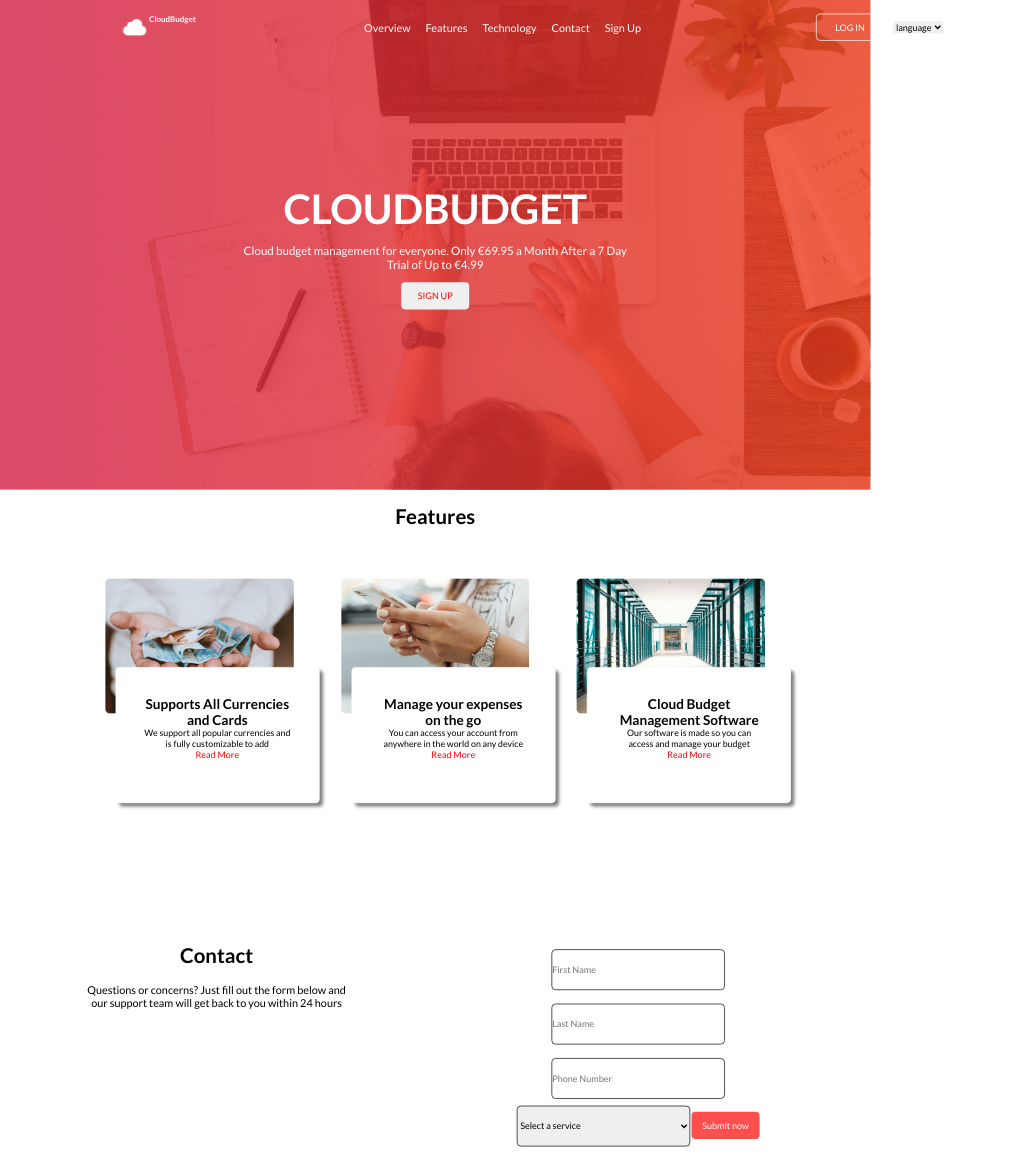
Repository: havvanurrana/website3
Page: index.html
An editor plug-in stored every save of this project. The page is shown before and after the next save, followed by the edit.
The browser window is 1280 px wide. The page is 1490 px wide, so the pictures cover 1490 px, including what lies to the right of the window. The pictures show the whole page, at 68% of full size.

Above is the page before, as saved 2024-08-01 20:25:52.

### index.html
<!DOCTYPE html>
<html lang="tr">
  <head>
    <meta charset="UTF-8" />
    <meta name="viewport" content="width=device-width, initial-scale=1.0" />
    <title>CloudBudget</title>
    <link rel="stylesheet" href="style.css" />
    <link
      rel="stylesheet"
      href="https://cdnjs.cloudflare.com/ajax/libs/font-awesome/6.5.2/css/all.min.css"
      integrity="sha512-SnH5WK+bZxgPHs44uWIX+LLJAJ9/2PkPKZ5QiAj6Ta86w+fsb2TkcmfRyVX3pBnMFcV7oQPJkl9QevSCWr3W6A=="
      crossorigin="anonymous"
      referrerpolicy="no-referrer"
    />
    <link
      href="https://fonts.googleapis.com/css2?family=Lato:wght@400;700&display=swap"
      rel="stylesheet"
    />
  </head>
  <body>
    <section class="overview-section">
        <div class="linear-gradient"></div>
        <div class="content">
            <h3>CLOUDBUDGET</h3>
            <p>
                Cloud budget management for everyone. Only €69.95 a Month After a 7
                Day Trial of Up to €4.99
            </p>
            <button>SIGN UP</button>
        </div>
    </section>
    <header class="header-menu">
        <div class="markaamblem">
            <img src="assets/cloud.png" />
            <h3>CloudBudget</h3>
        </div>
        <nav class="navbar">
            <a href="#" class="navbarsect">Overview</a>
            <a href="#" class="navbarsect">Features</a>
            <a href="#" class="navbarsect">Technology</a>
            <a href="#" class="navbarsect">Contact</a>
            <a href="#" class="navbarsect">Sign Up</a>
        </nav>
        <div class="buttons">
            <button>LOG IN</button>
            <button>
                <select id="language" name="language">
                    <option value="">language</option>
                    <option value="uk">UK</option>
                    <option value="turk">Turkish</option>
                    <option value="sp">Spanish</option>
                    <option value="fr">French</option>
                </select>
            </button>
                <div class="toggle-menu">
                    <button>
                        <i class="fas fa-bars"></i>
                    </button>
                </div>
        </div>
    </header>

    <!--features kısmı -->
    <div class="featureshead">
        <h1>Features</h1>
    </div>
    <div class="features">
        <div class="featuressection">
            <div class="img">
                <img src="../assets/money.png" />
            </div>
            <div class="featurescard">
                <div>
                    <h1>Supports All Currencies and Cards</h1>
                </div>
                <div>
                    <p>
                        We support all popular currencies and is fully customizable to add
                    </p>
                </div>
                <button>Read More</button>
            </div>
      </div>
      <div class="featuressection">
          <div>
                <div class="img">
                    <img src="../assets/hand.png" />
                </div>
                <div class="featurescard">
                    <h1>Manage your expenses on the go</h1>
                        <p>
                          You can access your account from anywhere in the world on any
                          device
                        </p>
                    <button>Read More</button>
                </div>
            </div>
      </div>
          <div class="featuressection">
              <div>
                    <div class="img">
                        <img src="../assets/building.png" />
                    </div>
                    <div class="featurescard">
                          <h1>Cloud Budget Management Software</h1>
                          <p>Our software is made so you can access and manage your budget</p>
                          <button>Read More</button>
                    </div>
              </div>
          </div>
    </div>
    <!--contact kısmı-->
    <section >
        <div class="contact">
        <div class="contact-text">
            <h1>Contact</h1>
            <br><br>
            <p>
              Questions or concerns? Just fill out the form below and our support
              team will get back to you within 24 hours
            </p>
        </div>
        <div class="input">
            <input
            type="text"
            id="username"
            name="username"
            placeholder="First Name"
            />
            <input
            type="text"
            id="username"
            name="username"
            placeholder="Last Name"
            />
            <input
            type="text"
            id="username"
            name="username"
            placeholder="Phone Number"
            />
            <select id="service" name="service">
            <option value="">Select a service</option>
            <option value="service1">Service 1</option>
            <option value="service2">Service 2</option>
            <option value="service3">Service 3</option>
            <option value="service4">Service 4</option>
            </select>
            <button>Submit now</button>
        </div>
    </div>
    </section>
    <script>
    </script>
  </body>
</html>

### style.css
/* genel*/
*{
   margin:0;
   padding: 0;
   box-sizing: border-box;
   outline: none;
   border: none;
   text-decoration: none;
   font-family: Lato;
}

html {
    font-size: 62.5%;
    overflow-x: hidden;
    scroll-behavior: smooth;
    scroll-padding-top: 9rem ;
 }
h1{
   font-size: 30px;
}
 /* header menu ve  amblem ve ilk ekran cssleri*/

.markaamblem{
   display: flex;
   justify-content: flex-start;
   color: white;
}

.header-menu{
   width: 1400px;
   display: flex;
   justify-content: space-between;
   align-items: center ;
   padding: 0 7%;
   margin: 2rem 7%;
   z-index: 3;
   top: 0;
   position:absolute;
}
.header-menu .markaamblem img{
   height: 4rem;
}
.header-menu .navbar a{
   margin: 0 1rem;
   font-size: 1.6rem;
   color: white;
   z-index: 2;
}
  .header-menu button{
   border: 1px , solid, rgb(255, 255, 255);
   border-radius: 6px;
   color:rgb(255, 255, 255);
   width: 100px;
   height: 40px;
   gap: 0px;
   background-color: transparent;
}
 .header-menu .buttons{
   padding-left: 10px;
   left: 1000px;
   display: flex;
   justify-content: flex-end;
 /* position: absolute;*/
}
.overview-section{
   min-height: 100vh;
   display: flex;
   text-align: center;
   align-items: center;
   justify-content: center;
   background:  url(../assets/image1.png)
   no-repeat;
   background-size: cover;
  /* margin-top: -9.5rem;*/
}

.overview-section .content {
   max-width: 60rem;
   margin: 0.5rem;
   z-index: 2;
}
.overview-section .content h3{
   font-size: 6rem;
   margin: 0.5rem;
   color: white;
}
.overview-section .content p{
   font-size: 1.7rem;
   margin: 1.5rem;
   color: white;
}
.overview-section .content button{
   border:1px;
   width: 100px;
   height: 40px;
   border-radius: 6px;
   color: red;

}

.linear-gradient{
   min-height: 100vh;
   width: 100%;
   display: flex;
   z-index: 1;
   background: linear-gradient(90deg, rgba(213, 32, 71, 0.8) 0%, rgba(238, 61, 27, 0.8) 100%);
   position: absolute;
}

/* features kısmı*/
/* başlık*/
.featureshead{
   text-align: center;
   justify-content: center;
   margin: 1rem;
   padding: 1rem;
}
/* Kartlar*/
.features{
   display: grid;
   grid-template-columns: repeat(auto-fit, minmax(30rem, 1fr));
   margin:3rem;
   padding: 0 7%;
}
.featurescard{
   border-radius:0.6rem;
   border: 1px, solid, rgb(255, 255, 255);
   width: 30rem;
   height: 20rem;
   text-align: center;
   justify-content: center;
   align-items: center;
   padding: 4rem;
   margin: 3rem;
   background-color: white;
   transform: translate(-5%,-50%);
   box-shadow: 5px 5px 5px rgba(0, 0, 0,0.5);
}
.featuressection{
   justify-content: center;
   align-items: center;
   margin: 1rem;
   padding: 2.5rem;
}
.features img{
   width: 100%;
   object-fit: cover;
}
.featurescard h1{
   font-size: 2rem;
}
.featurescard p{
   font-size: 1.3rem;
}
.featurescard button{
   border: none;
   background-color: transparent;
   color: red;
}

/*Contact kısmı */


.contact{
   display: flex;
   flex-direction: row;
   margin: 2rem;
}
.contact div{
   text-align: center;
   justify-content: center;
   align-items: center;
   padding: 0 7%;
   margin: 1rem;
}
.contact h1{
   font-size: 30px;
}
.contact p{
   font-size: 16px;
}
.contact-text{
   width: 100%;
   height: 50%;
}
input{
   width: 255px;
   height: 60px;
   border: 1px, solid, black;
   border-color: rgb(0, 0, 0);
   border-radius: 6px;
   margin: 1rem;
}
.contact select{
   width: 255px;
   height: 60px;
   border: 1px, solid, black;
   border-color: rgb(0, 0, 0);
   border-radius: 6px;
}
.contact button{
   width: 100px;
   height: 40px;
   border-radius: 6px;
   color: white;
   background-color: rgb(254, 78, 78);
}


/* toggle menu*/

.toggle-menu {
   display: none;
}

@media (max-width: 1200px) {
   .navbar {
       display: none;
   }
   .toggle-menu {
       display: block;
       left: 90%;
       position: absolute;
   }
}

.toggle-menu.active + .navbar {
   display: flex;
   flex-direction: column;
   position: absolute;
   top: 100%;
   left: 0;
   right: 0;
   background-color: #333;
   z-index: 1;
}

.toggle-menu button {
   background: none;
   border: none;
   color: white;
   font-size: 2rem;
}

After the next save:
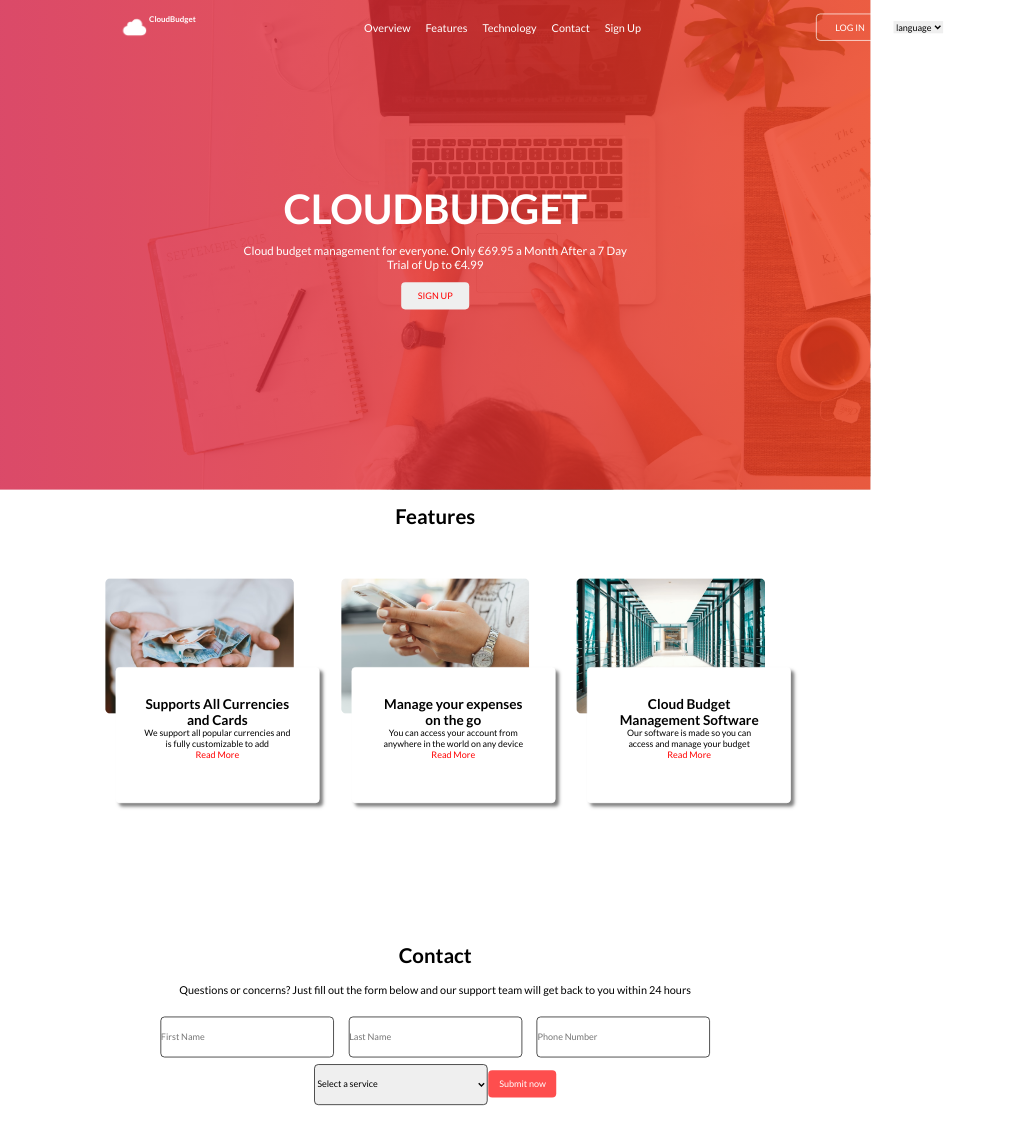
Saved 2 min 17 s later.
--- a/style.css
+++ b/style.css
@@ -163,7 +163,7 @@ h1{
 
 .contact{
    display: flex;
-   flex-direction: row;
+   flex-wrap: wrap;
    margin: 2rem;
 }
 .contact div{
